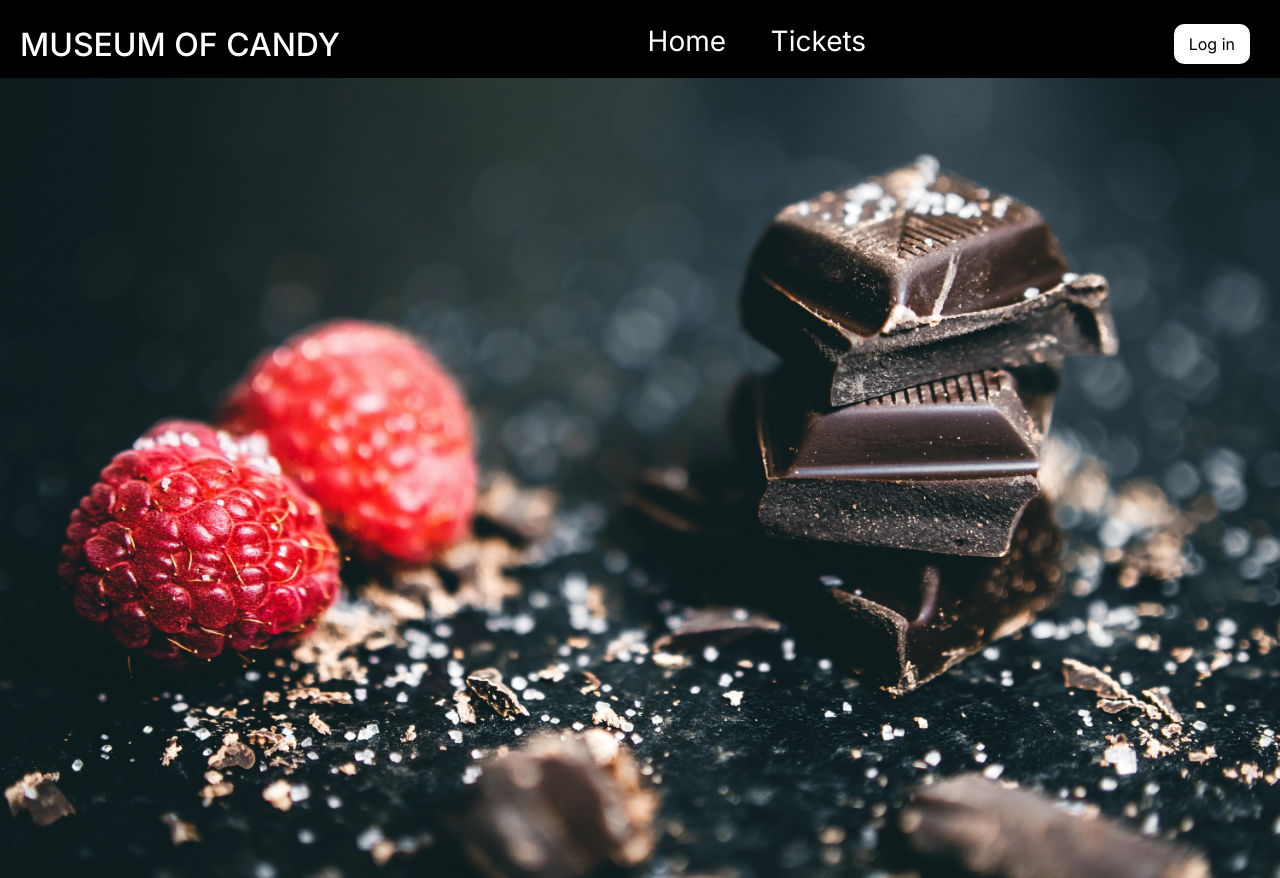
Repository: m-koparanova/MuseumOfCandy
Page: index.html
The author's editor kept a copy of each file at every save. The page is drawn from the files as they stood at one save, then again after the next save.
The browser window is 1280 px wide. The pictures show the whole page.

Above is the page before, as saved 2023-03-05 19:29:00.

After the next save:
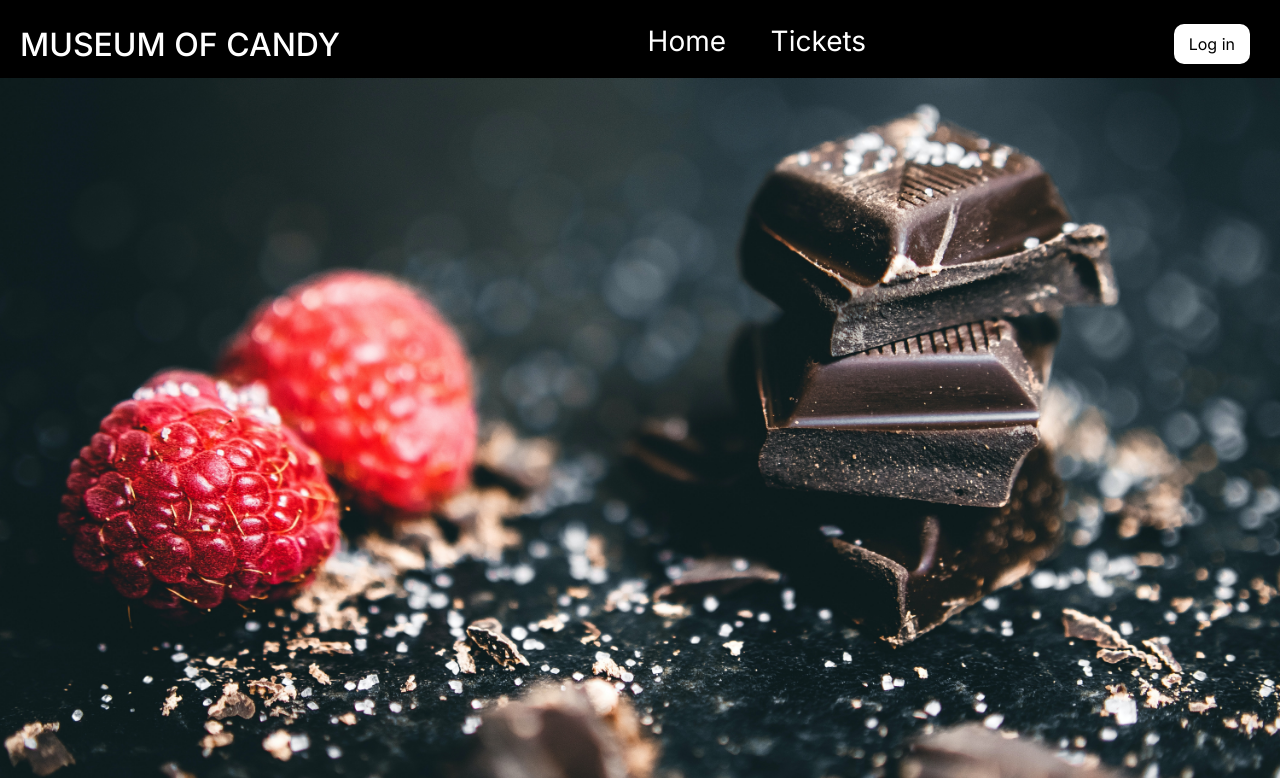
Saved 27 s later.
--- a/style.css
+++ b/style.css
@@ -62,5 +62,5 @@
 .image{
     object-fit: cover;
     width: 100%;
-    height: 800px;
+    height: 700px;
 }
